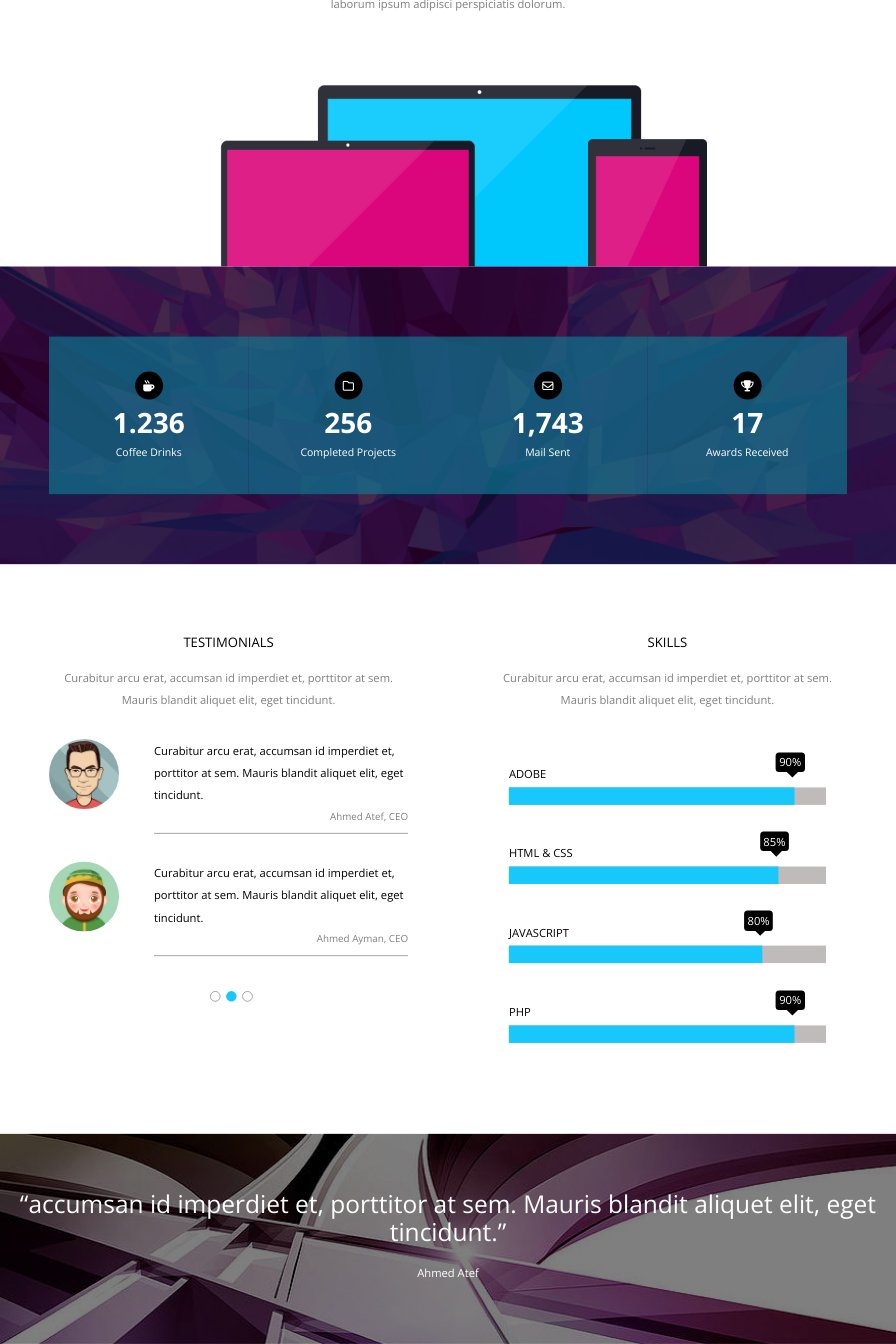
Repository: Ahmed123rezk123/Template_2
Page: index.html
An editor plug-in stored every save of this project. The page is shown before and after the next save, followed by the edit.
The browser window is 1280 px wide. The pictures show the part of the page from y = 4247 to 6167 px (the page is 6167 px tall before and 6077 px after), at 70% of full size.
A picture or video elsewhere on the page could not be fetched, so the positions and the page height are approximate. Some web fonts or font styles are not loaded; a fallback is used.

Above is the page before, as saved 2024-04-15 19:32:35.

After the next save:
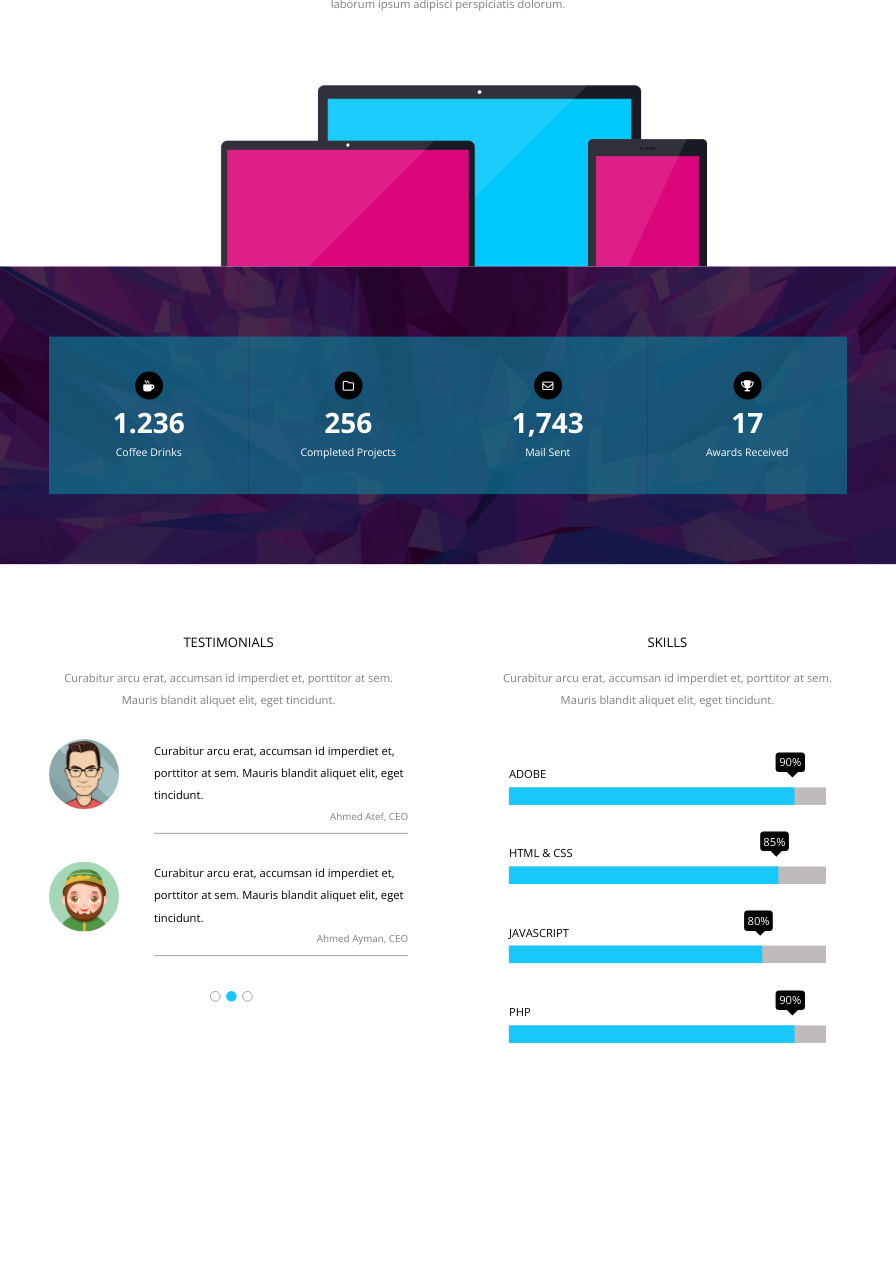
Saved 23 s later.
--- a/css/kasper.css
+++ b/css/kasper.css
@@ -797,7 +797,6 @@ margin-right: 50px;
 background-image: url(/images/quote.jpg);
 background-size: cover;
 position: relative;
-height: 300px;
 }
 .quote .container {
     position: absolute;
